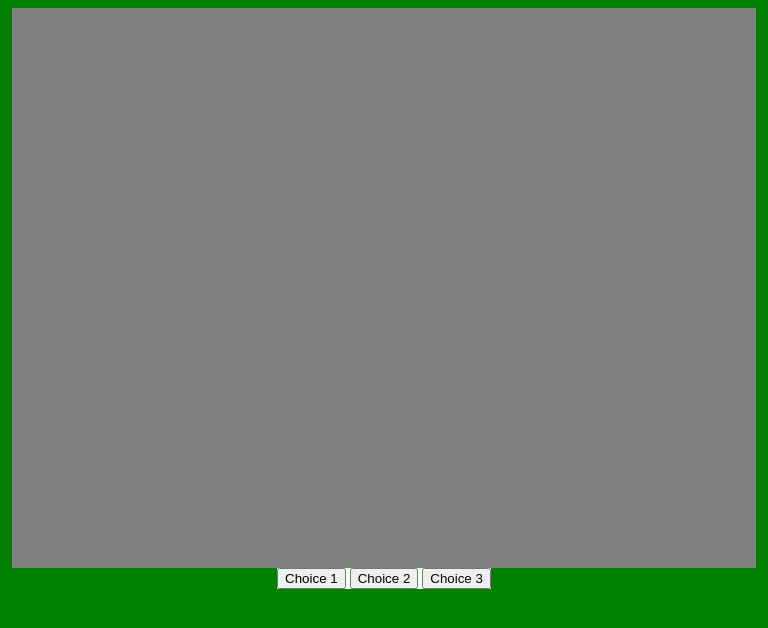
Repository: nguyenlejoe/Dynamic_notSoSherlock
Page: MultiChoice/MultiChoice.html
The author's editor kept a copy of each file at every save. The page is drawn from the files as they stood at one save, then again after the next save.
The browser window is 768 px wide. The pictures show the whole page.

Above is the page before, as saved 2020-03-05 18:33:49.

After the next save:
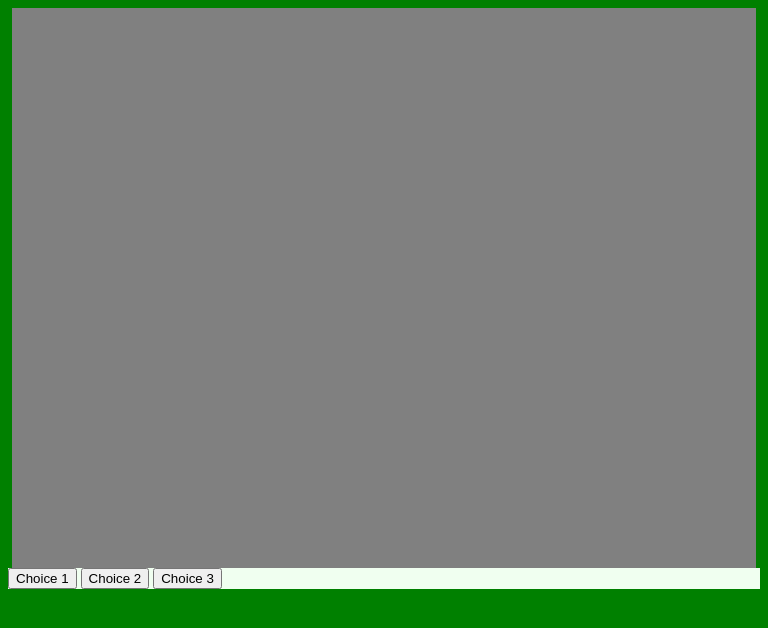
Saved 28 s later.
--- a/MultiChoice/MultiChoice.css
+++ b/MultiChoice/MultiChoice.css
@@ -16,6 +16,8 @@
 
 #multiChoice{
     background-color: honeydew;
+    width: 100%;
+    height: 30%;
 }
 
 

After the save that followed:
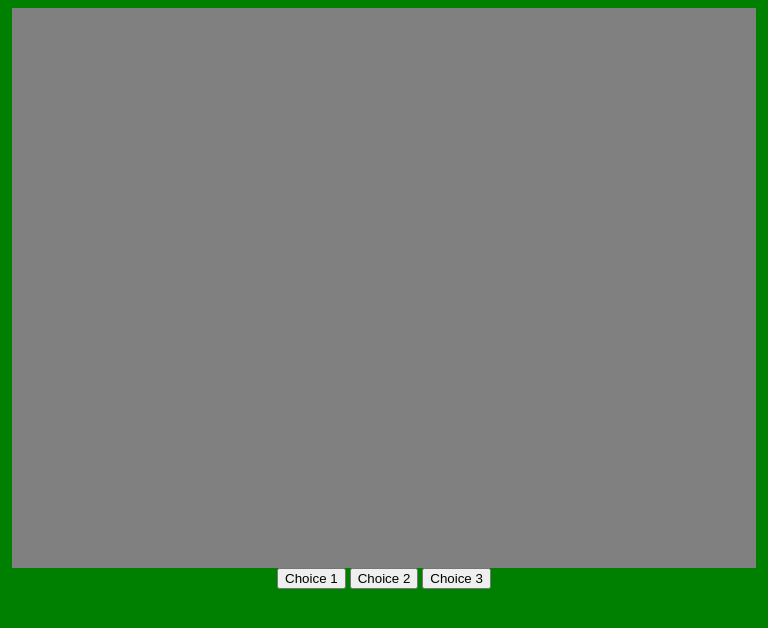
Saved 10 s later.
--- a/MultiChoice/MultiChoice.css
+++ b/MultiChoice/MultiChoice.css
@@ -15,7 +15,7 @@
 }
 
 #multiChoice{
-    background-color: honeydew;
+    background-color:
     width: 100%;
     height: 30%;
 }
